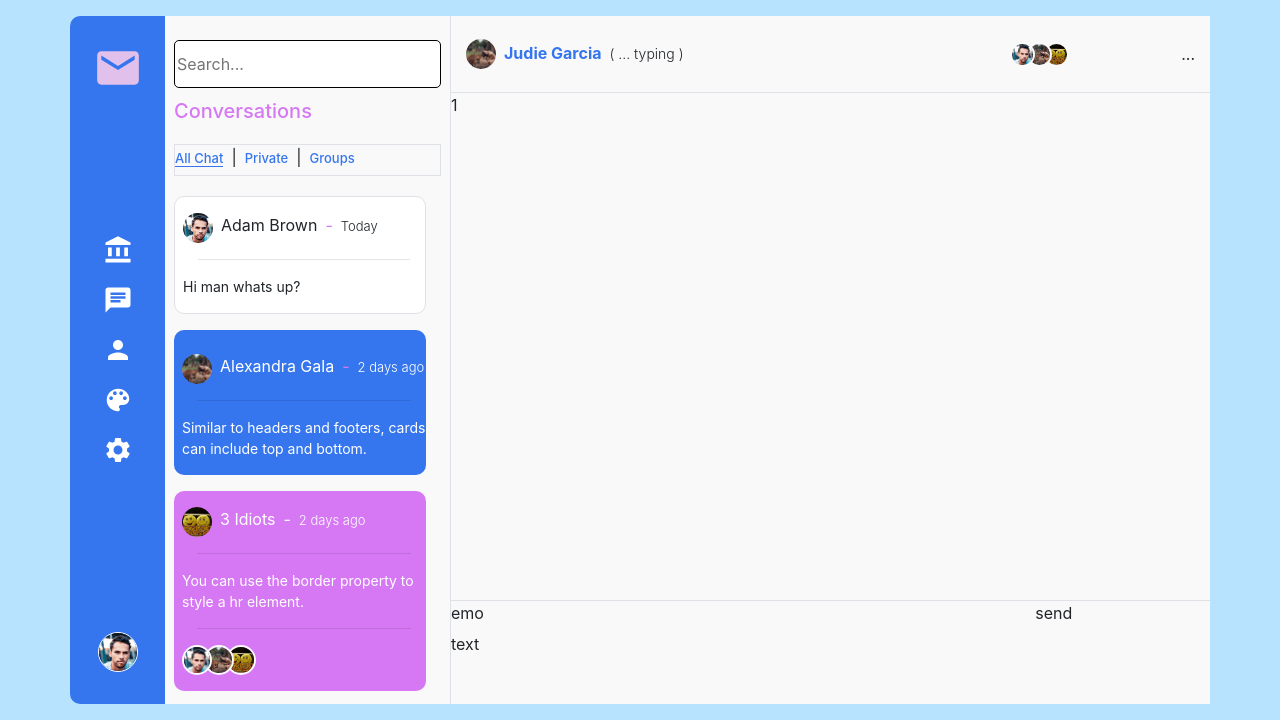
Repository: arafat877/super-chat
Page: /
The author's editor kept a copy of each file at every save. The page is drawn from the files as they stood at one save, then again after the next save.
The browser window is 1280 px wide. The pictures show the whole page.
The project was rebuilt for these pictures with package versions that can differ from the ones it lists, and the page was loaded fresh each time.

Above is the page before, as saved 2020-08-07 01:46:23.

### public/index.html
<!DOCTYPE html>
<html lang="en">
  <head>
    <meta charset="utf-8" />
    <meta name="viewport" content="width=device-width, initial-scale=1" />
    <meta name="theme-color" content="#000000" />
    <meta
      name="description"
      content="Chat application with node.js, express, react.js, mongoDb and socket.io"
    />
    <link rel="stylesheet" href="styles.css" />
    <link
      rel="stylesheet"
      href="https://maxcdn.bootstrapcdn.com/bootstrap/4.5.0/css/bootstrap.min.css"
      integrity="sha384-9aIt2nRpC12Uk9gS9baDl411NQApFmC26EwAOH8WgZl5MYYxFfc+NcPb1dKGj7Sk"
      crossorigin="anonymous"
    />
    <link
      href="https://fonts.googleapis.com/css2?family=Roboto:wght@100;300;400;500;700;900&display=swap"
      rel="stylesheet"
    />

    <title>Super Chat</title>
  </head>
  <body>
    <noscript>You need to enable JavaScript to run this app.</noscript>
    <div id="root"></div>
  </body>
</html>

### src/App.js
import React from "react";
import "./App.scss";
import {
  Email,
  Chat,
  Person,
  Settings,
  Palette,
  AccountBalance,
} from "@material-ui/icons";

import { Avatar } from "@material-ui/core";
import { AvatarGroup } from "@material-ui/lab";

function App() {
  return (
    <div className="appContainer vh-100 d-flex">
      <div className="container mt-3 mb-3 appWrapper">
        <div className="row h-100">
          <div className="col-1 d-none d-sm-none d-md-block container h-100 firstCol">
            <div className="row logoRow justify-content-center">
              <Email className="m-auto logo" />
            </div>
            <div className="row menuRow">
              <ul className="menuList m-auto p-0">
                <li className="menuItem">
                  <AccountBalance className="menuItemIcon" />
                </li>
                <li className="menuItem">
                  <Chat className="menuItemIcon" />
                </li>
                <li className="menuItem">
                  <Person className="menuItemIcon" />
                </li>
                <li className="menuItem">
                  <Palette className="menuItemIcon" />
                </li>
                <li className="menuItem">
                  <Settings className="menuItemIcon" />
                </li>
              </ul>
            </div>
            <div className="row photoRow justify-content-center">
              <img
                className="m-auto profilePhoto"
                src={require("./assets/m1.jpeg")}
                alt="profile"
              />
            </div>
          </div>
          <div className="col-3 container h-100 secondCol p-4">
            <div className="row searchRow">
              <input className="searchInput" placeholder="Search..." />
            </div>
            <div className="row convRow mt-2">
              <span className="convSpan">Conversations</span>
            </div>
            <div className="row selectRow mb-1 border">
              <ul className="selectionList pl-0">
                <li
                  className="selectionListItem d-inline mr-2"
                  style={{ borderBottom: "solid 0.05px #3576ef" }}
                >
                  All Chat
                </li>
                |
                <li className="selectionListItem d-inline mr-2 ml-2">
                  Private
                </li>
                |
                <li className="selectionListItem d-inline mr-2 ml-2">Groups</li>
              </ul>
            </div>
            <div className="row groupsRow">
              <div className="container">
                <div className="row convCard pt-3 pb-3 pl-2 mt-3">
                  <div className="container">
                    <div className="row">
                      <img
                        className="userProfilePicture"
                        src={require("./assets/m1.jpeg")}
                        alt="User Profile"
                      />
                      <span className="userName ml-2">Adam Brown</span>
                      <span className="dash ml-2">-</span>
                      <span className="chatDate ml-2 mt-1">Today</span>
                    </div>
                    <hr></hr>
                    <div className="row">
                      <span className="text">Hi man whats up?</span>
                    </div>
                  </div>
                </div>

                <div className="row convCardHot pt-4 pb-3 pl-2 mt-3">
                  <div className="container">
                    <div className="row">
                      <img
                        className="userProfilePicture"
                        src={require("./assets/f1.jpeg")}
                        alt="User Profile"
                      />
                      <span className="userName ml-2">Alexandra Gala</span>
                      <span className="dash ml-2">-</span>
                      <span className="chatDate ml-2 mt-1">2 days ago</span>
                    </div>
                    <hr></hr>
                    <div className="row">
                      <span className="text">
                        Similar to headers and footers, cards can include top
                        and bottom.
                      </span>
                    </div>
                  </div>
                </div>

                <div className="row convCardGroup pt-3 pb-3 pl-2 mt-3">
                  <div className="container">
                    <div className="row">
                      <img
                        className="userProfilePicture"
                        src={require("./assets/g1.jpeg")}
                        alt="User Profile"
                      />
                      <span className="userName ml-2">3 Idiots</span>
                      <span className="dash ml-2">-</span>
                      <span className="chatDate ml-2 mt-1">2 days ago</span>
                    </div>
                    <hr></hr>
                    <div className="row">
                      <span className="text">
                        You can use the border property to style a hr element.
                      </span>
                    </div>
                    <hr></hr>
                    <div className="row">
                      <AvatarGroup max={3} className="mr-4">
                        <Avatar
                          alt="Remy Sharp"
                          className="avatar"
                          src={require("./assets/m1.jpeg")}
                        />
                        <Avatar
                          alt="Travis Howard"
                          className="avatar"
                          src={require("./assets/f1.jpeg")}
                        />
                        <Avatar
                          alt="Cindy Baker"
                          className="avatar"
                          src={require("./assets/g1.jpeg")}
                        />
                      </AvatarGroup>
                    </div>
                  </div>
                </div>
              </div>
            </div>
          </div>
          <div className="col-8 container h-100 thirdCol">
            <div className="row chatInfo">
              <div className="col-6 m-auto">
                <img
                  className="infoUserPicture"
                  src={require("./assets/f1.jpeg")}
                  alt="User Profile"
                />
                <span className="infoUserName ml-2">Judie Garcia</span>
                <span className="infoTyping ml-2">( ... typing )</span>
              </div>
              <div className="col-4 mt-auto mb-auto justify-content-right infoGroup">
                <AvatarGroup max={3} className="float-right">
                  <Avatar
                    alt="Remy Sharp"
                    className="avatar"
                    src={require("./assets/m1.jpeg")}
                  />
                  <Avatar
                    alt="Travis Howard"
                    className="avatar"
                    src={require("./assets/f1.jpeg")}
                  />
                  <Avatar
                    alt="Cindy Baker"
                    className="avatar"
                    src={require("./assets/g1.jpeg")}
                  />
                </AvatarGroup>
              </div>
              <div className="col-2 m-auto"><span className="float-right">...</span></div>
            </div>
            <div className="row chatMessages">1</div>
            <div className="row chatInput">
              <div className="col-md-9 container">
                <div className="row inputEmoji">emo</div>
                <div className="row inputText">text</div>
              </div>
              <div className="col-md-3">send</div>
            </div>
          </div>
        </div>
      </div>
    </div>
  );
}

export default App;

### src/App.scss
.appContainer {
  background-color: #b7e3fe;

  .appWrapper {
    background-color: #3576ef;
    border-radius: 10px;

    .firstCol {
      .logoRow {
        height: 15%;

        .logo {
          font-size: 50px;
          color: rgb(226, 192, 236);
        }
      }
      .menuRow {
        height: 70%;

        .menuList {
          list-style: none;

          .menuItem {
            margin-bottom: 20px;

            .menuItemIcon {
              font-size: 30px;
              color: white;
            }
          }
        }
      }
      .photoRow {
        height: 15%;

        .profilePhoto {
          height: 40px;
          width: 40px;
          border: solid thin white;
          border-radius: 50%;
          object-fit: cover;
        }
      }
    }

    .secondCol {
      background-color: #f9f9f9;

      .searchRow {
        height: 7.5%;

        .searchInput {
          width: 100%;
          border: solid 0.5px;
          background-color: white;
          border-radius: 5px;

          &:focus {
            outline: none;
          }
        }
      }

      .convRow {
        height: 7.5%;

        .convSpan {
          font-weight: 500;
          font-size: 20px;
          color: rgb(214, 120, 243);
        }
      }
      .selectRow {
        height: 5%;

        .selectionList {
          list-style: none;

          .selectionListItem {
            font-weight: 500;
            font-size: 13px;
            color: #3576ef;
          }
        }
      }

      ::-webkit-scrollbar {
        width: 5px;
        height: 5px;
      }

      ::-webkit-scrollbar-track {
        background: white; /* color of the tracking area */
      }

      ::-webkit-scrollbar-thumb {
        background-color: #b5caf0; /* color of the scroll thumb */
        border-radius: 5px; /* roundness of the scroll thumb */
      }

      .groupsRow {
        height: 80%;
        overflow-y: scroll;

        .convCard {
          background-color: white;
          border: solid 0.5px #dee2e6;
          border-radius: 10px;
          margin-right: 0;

          .userProfilePicture {
            height: 30px;
            width: 30px;
            border-radius: 50%;
            object-fit: cover;
          }

          .userName {
            // color: white;
          }

          .dash {
            color: rgb(214, 120, 243);
          }

          .chatDate {
            // color: white;
            font-size: 13px;
            font-weight: 300;
          }

          .text {
            // color: white;
            font-size: 14px;
          }
        }

        .convCardHot {
          background-color: #3576ef;
          border-radius: 10px;
          margin-right: 0;

          .userProfilePicture {
            height: 30px;
            width: 30px;
            border-radius: 50%;
            object-fit: cover;
          }

          .userName {
            color: white;
          }

          .dash {
            color: rgb(214, 120, 243);
          }

          .chatDate {
            color: white;
            font-size: 13px;
            font-weight: 300;
          }

          .hr {
            border-color: rgb(214, 120, 243);
            margin-bottom: 5px;
          }

          .text {
            color: white;
            font-size: 14px;
          }
        }

        .convCardGroup {
          background-color: rgb(214, 120, 243);
          border-radius: 10px;
          margin-right: 0;

          .userProfilePicture {
            height: 30px;
            width: 30px;
            border-radius: 50%;
            object-fit: cover;
          }

          .userName {
            color: white;
          }

          .dash {
            color: white;
          }

          .chatDate {
            color: white;
            font-size: 13px;
            font-weight: 300;
          }

          .hr {
            border-color: rgb(214, 120, 243);
            margin-bottom: 5px;
          }

          .text {
            color: white;
            font-size: 14px;
          }

          .avatar {
            height: 30px;
            width: 30px;
          }
        }
      }
    }

    .thirdCol {
      background-color: #f9f9f9;
      border-left: solid thin #dee2e6;

      .chatInfo {
        height: 11.25%;
        border-bottom: solid thin #dee2e6;

        .infoUserPicture {
          height: 30px;
          width: 30px;
          border-radius: 50%;
          object-fit: cover;
        }

        .infoUserName{
            color: #3576ef;
            font-weight: 700;
        }

        .infoTyping{
            font-size: 14px;
            font-weight: 300;
        }

        .infoGroup{
            .avatar{
                height: 25px;
                width: 25px;
            }
        }
      }
      .chatMessages {
        height: 73.75%;
        border-bottom: solid thin #dee2e6;
      }
      .chatInput {
        height: 15%;

        .inputEmoji {
          height: 30%;
        }
        .inputText {
          height: 70%;
        }
      }
    }
  }
}

Loaded but not shown: src/index.js (common file); public/styles.css (common file)

After the next save:
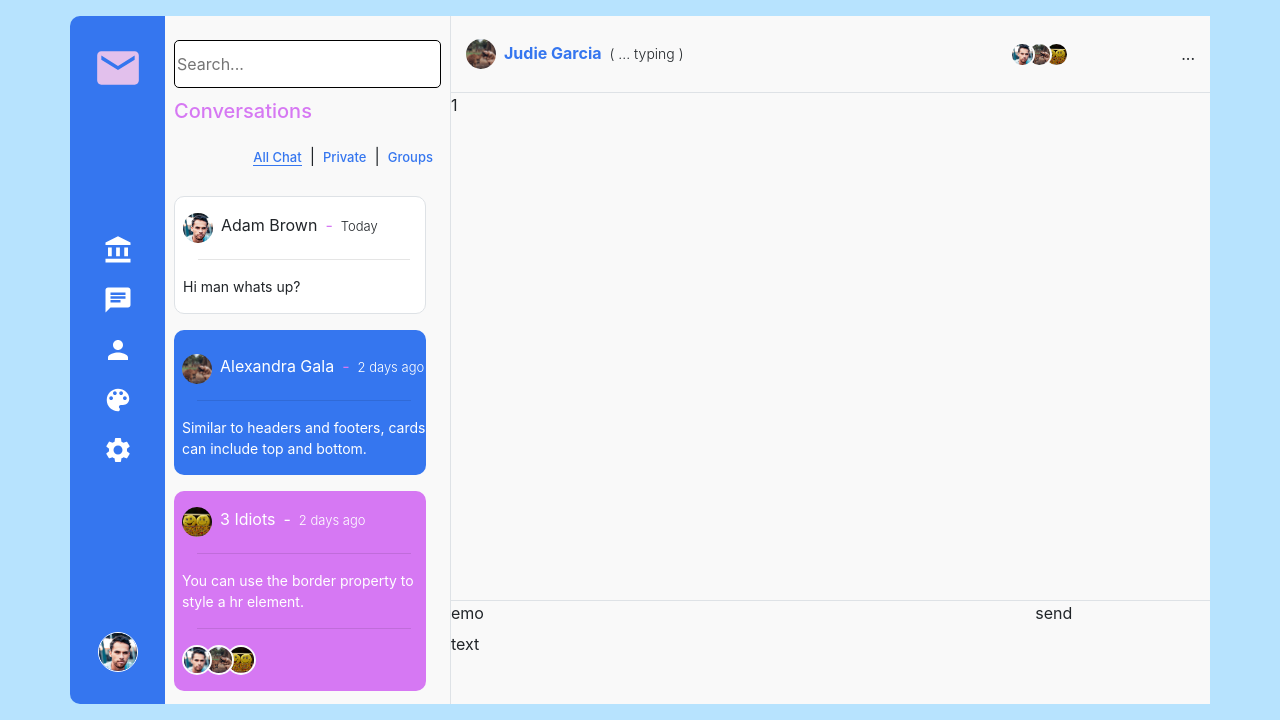
Saved 13 s later.
--- a/src/App.js
+++ b/src/App.js
@@ -55,7 +55,8 @@ function App() {
             <div className="row convRow mt-2">
               <span className="convSpan">Conversations</span>
             </div>
-            <div className="row selectRow mb-1 border">
+            <div className="row selectRow mb-1">
+              <hr></hr>
               <ul className="selectionList pl-0">
                 <li
                   className="selectionListItem d-inline mr-2"
